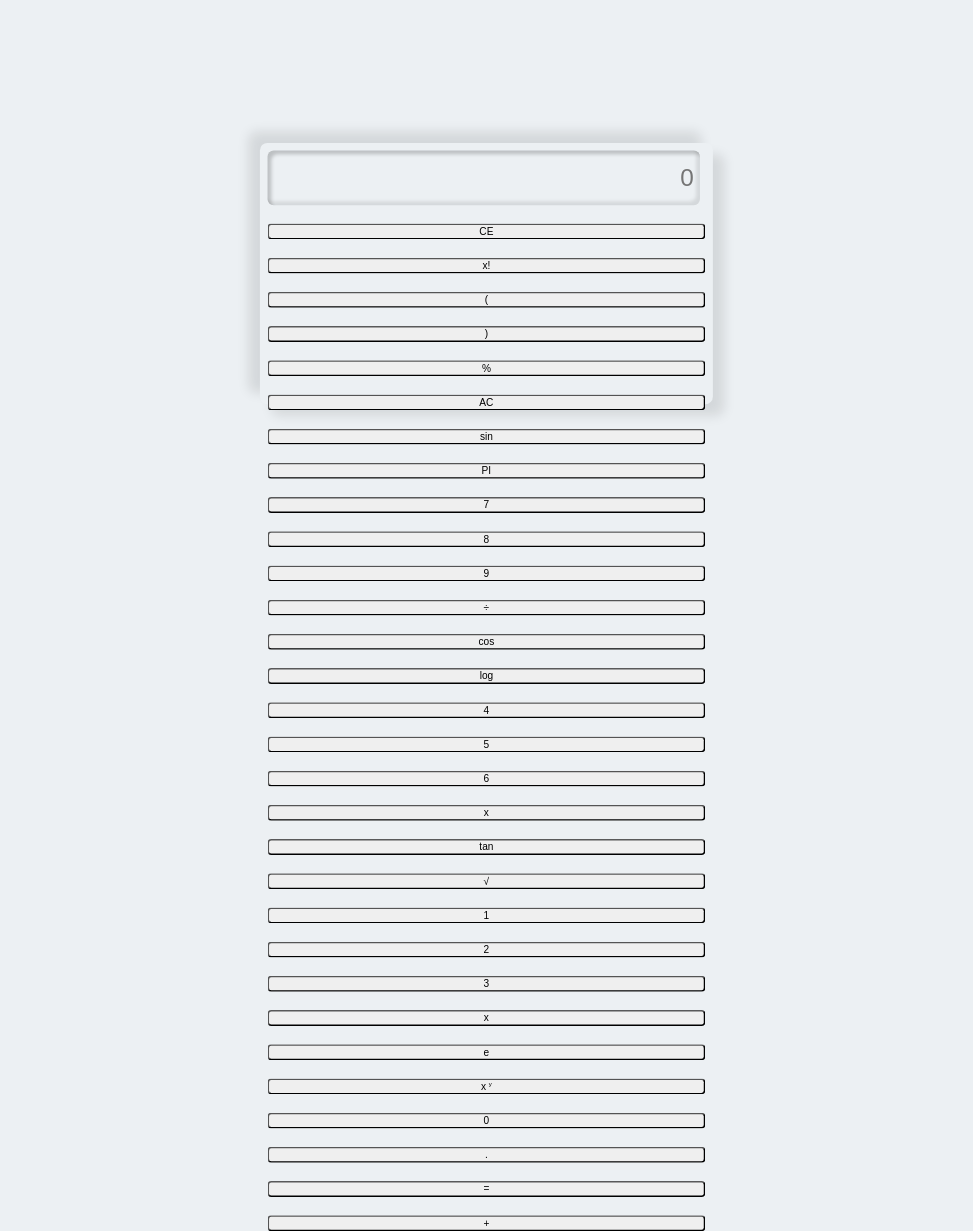
Repository: Haakim19/Scientific-Calculator
Page: intex.html
The author's editor kept a copy of each file at every save. The page is drawn from the files as they stood at one save, then again after the next save.
The browser window is 1280 px wide. The pictures show the whole page, at 76% of full size.

Above is the page before, as saved 2024-10-27 12:06:30.

### intex.html
<!DOCTYPE html>
<html lang="en">
<head>
    <meta charset="UTF-8">
    <meta name="viewport" content="width=device-width, initial-scale=1.0">
    <title>Scientific Calculator</title>
    <link rel="stylesheet" href="Style.css">
</head>
<body>
    <div class="container">
        <div class="display">
            <input type="text" id="screen" placeholder="0">
        </div>
        <div class="btns">
            <div class="row">
                <button class="btn">CE</button>
                <button class="btn">x!</button>
                <button class="btn">(</button>
                <button class="btn">)</button>
                <button class="btn">%</button>
                <button class="btn">AC</button>
            </div>
            <div class="row">
                <button class="btn">sin</button>
                <button class="btn">PI</button>
                <button class="btn">7</button>
                <button class="btn">8</button>
                <button class="btn">9</button>
                <button class="btn">÷</button>
            </div>
            <div class="row">
                <button class="btn">cos</button>
                <button class="btn">log</button>
                <button class="btn">4</button>
                <button class="btn">5</button>
                <button class="btn">6</button>
                <button class="btn">x</button>
            </div>
            <div class="row">
                <button class="btn">tan</button>
                <button class="btn">√</button>
                <button class="btn">1</button>
                <button class="btn">2</button>
                <button class="btn">3</button>
                <button class="btn">x</button>
            </div>
            <div class="row">
                <button class="btn">e</button>
                <button class="btn">x <sup style="font-size: 0.5rem;">y</sup></button>
                <button class="btn">0</button>
                <button class="btn">.</button>
                <button class="btn">=</button>
                <button class="btn">+</button>
            </div>
        </div>
</body>

</html>

### Style.css
body{
    /* background-color: #f0f0f0; */
    font-family: Arial, sans-serif;
    margin: 0;
    padding: 0;
    justify-content: center;
    align-items: center;
    display: flex;
    min-height: 100vh;
    background: #ecf0f3;
}

.container{
    width: 45%;
    height: 45vh;
    padding: 10px;
    border-radius: 10px;
    box-shadow: 15px 15px 15px rgba(0, 0, 0, 0.1),
                -15px -15px 15px rgba(0, 0, 0, 0.1);
}
.display #screen{
    width: 97%;
    height: 70px;
    border: none;
    outline: none;
    text-align: right;
    padding-right: 0.5rem;
    font-size: 2em;
    border-radius: 8px;
    background:#ecf0f3;
    box-shadow: inset 5px 5px 5px rgba(0, 0, 0, 0.2),
                inset -5px -5px 5px rgba(0, 0, 0, 0.1);

}


.btns button{
    width: 100%;
    cursor: pointer;
    border-radius: 5px;
    margin-top: 1.5rem;
}

After the next save:
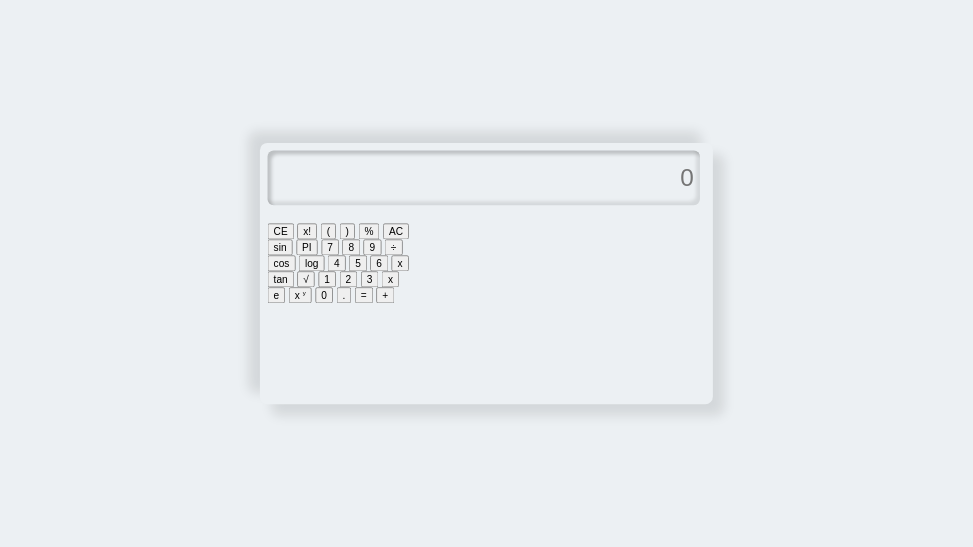
Saved 24 s later.
--- a/Style.css
+++ b/Style.css
@@ -34,7 +34,7 @@ body{
 }
 
 
-.btns button{
+.btns {
     width: 100%;
     cursor: pointer;
     border-radius: 5px;
